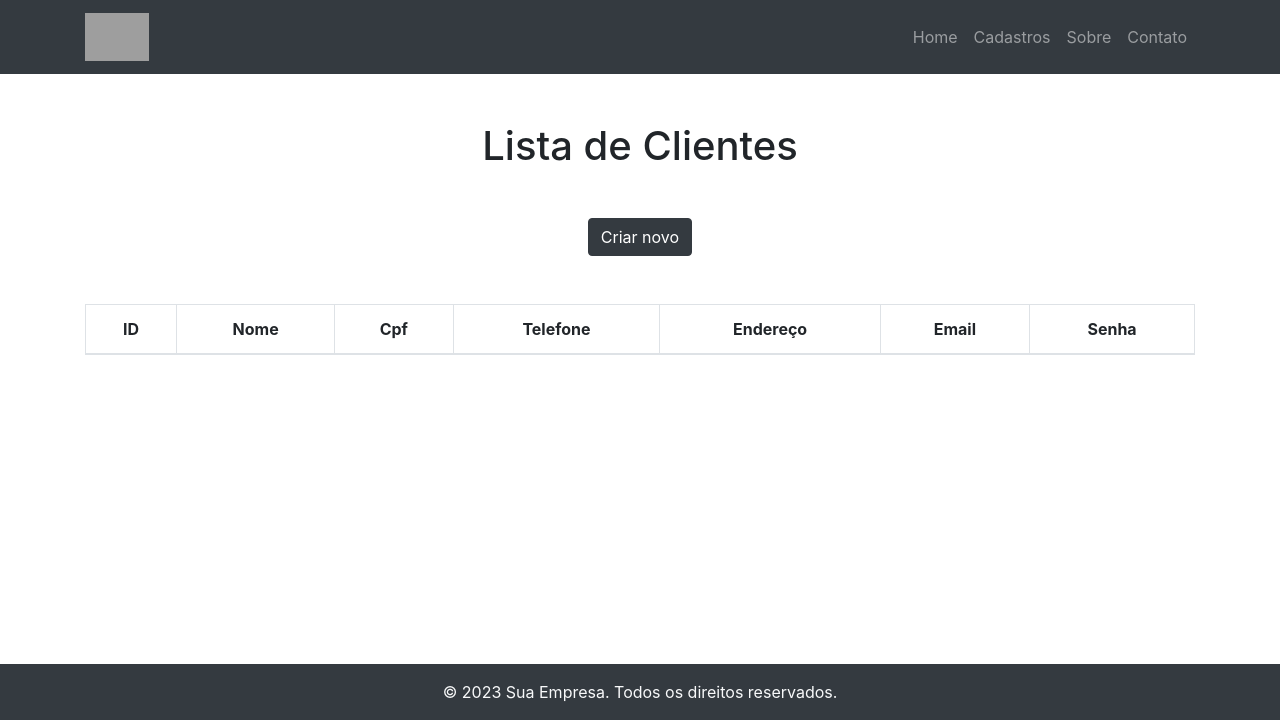
Repository: marcelledssantos/PotterTravel-MVC
Page: http://localhost/PotterTravel-MVC/ReadController
The author's editor kept a copy of each file at every save. The page is drawn from the files as they stood at one save, then again after the next save.
The browser window is 1280 px wide. The pictures show the whole page.
Pictures or frames that could not be fetched are drawn as grey boxes. Some web libraries are served in a nearby version. The page is served by Tomcat 9. Other server files are loaded and not shown. Queries for data that is not in the repository find no rows.

Above is the page before, as saved 2023-11-01 02:58:57.

### PotterTravel-MVC/src/main/webapp/clientes.jsp
<%@ page language="java" contentType="text/html; charset=UTF-8"
	pageEncoding="UTF-8"%>

	<%@ taglib prefix="jstl" uri="http://java.sun.com/jsp/jstl/core"%>

<!DOCTYPE html>
<html>
<head>
<meta charset="UTF-8">
<title>Read and Delete</title>
<!-- Inclua o link para o Bootstrap via CDN -->
<link rel="icon" type="image/x-icon" href="./icon/favicon.ico">
<link rel="stylesheet"
	href="https://maxcdn.bootstrapcdn.com/bootstrap/4.5.2/css/bootstrap.min.css">
</head>
<body class="text-center">
    <!-- Cabeçalho -->
    <header>
        <nav class="navbar navbar-expand-lg navbar-dark bg-dark text-light">
            <div class="container">
                <a class="navbar-brand" href="#"><img src="./icon/samurai.png" height="48px"/> </a>
                <button class="navbar-toggler" type="button" data-toggle="collapse" data-target="#navbarNav" aria-controls="navbarNav" aria-expanded="false" aria-label="Toggle navigation">
                    <span class="navbar-toggler-icon"></span>
                </button>
                <div class="collapse navbar-collapse" id="navbarNav">
                    <ul class="navbar-nav ml-auto">
                        <li class="nav-item">
                            <a class="nav-link" href="./index.html">Home</a>
                        </li>
                        <li class="nav-item">
                            <a class="nav-link" href="./ReadController">Cadastros</a>
                        </li>
                        <li class="nav-item">
                            <a class="nav-link" href="#sobre">Sobre</a>
                        </li>
                        <li class="nav-item">
                            <a class="nav-link" href="#contato">Contato</a>
                        </li>
                    </ul>
                </div>
            </div>
        </nav>
    </header>
	<h1 class="mt-5">Lista de Clientes</h1>
	<div class="container mt-5">
	<a href="./cadastro.jsp" class="btn btn-dark mb-5">Criar novo</a>
		<table class="table table-bordered">
			<thead>
				<tr>
					<th>ID</th>
					<th>Nome</th>
					<th>Cpf</th>
					<th>Telefone</th>
					<th>Endereço</th>
					<th>Email</th>
					<th>Senha</th>
				</tr>
			</thead>
			<tbody>
				<jstl:forEach items="${clientes}" var="cliente">
					<tr>
						<td>${cliente.id}</td>
						<td>${cliente.nome}</td>
						<td>${cliente.cpf}</td>
						<td>${cliente.telefone}</td>
						<td>${cliente.endereco}</td>
						<td>${cliente.email}</td>
						<td>${cliente.senha}</td>
						<td>
							<td>
							<a href="UpdateController?id=${cliente.id}" class="btn btn-success">Editar</a>
							<a href="DeleteController?id=${cliente.id}"
							onclick="return confirm('Deseja Excluir?')"
							class="btn btn-danger">Excluir</a>
						</td>
					</tr>
				</jstl:forEach>
			</tbody>
		</table>
	</div>
	 <!-- Rodapé -->
    <footer class="bg-dark text-light text-center py-3 fixed-bottom">
        &copy; 2023 Sua Empresa. Todos os direitos reservados.
    </footer>
	<!-- Inclua os scripts do Bootstrap via CDN -->
	<script src="https://code.jquery.com/jquery-3.5.1.slim.min.js"></script>
	<script
		src="https://cdn.jsdelivr.net/npm/@popperjs/core@2.5.3/dist/umd/popper.min.js"></script>
	<script
		src="https://maxcdn.bootstrapcdn.com/bootstrap/4.5.2/js/bootstrap.min.js"></script>

</body>
</html>

### PotterTravel-MVC/src/main/java/controller/ReadController.java
package controller;

import java.io.IOException;
import java.util.List;
import javax.servlet.RequestDispatcher;
import javax.servlet.ServletException;
import javax.servlet.annotation.WebServlet;
import javax.servlet.http.HttpServlet;
import javax.servlet.http.HttpServletRequest;
import javax.servlet.http.HttpServletResponse;

import dao.ClienteDAO;
import model.Cliente;

@WebServlet("/ReadController")
public class ReadController extends HttpServlet {
	private static final long serialVersionUID = 1L;

	protected void doGet(HttpServletRequest req, HttpServletResponse res)
			throws ServletException, IOException {
		try {
			ClienteDAO cDAO = new ClienteDAO();
			List<Cliente> clientes = cDAO.findClientes();
			req.setAttribute("clientes", clientes);

			RequestDispatcher rd = req.getRequestDispatcher("clientes.jsp");
			rd.forward(req, res);


		} catch (Exception e) {
			e.printStackTrace();
		}


	}

}

### PotterTravel-MVC/src/main/java/dao/ClienteDAO.java
package dao;

import java.sql.Connection;
import java.sql.PreparedStatement;
import java.sql.ResultSet;
import java.util.ArrayList;
import java.util.List;
import connectionDataBase.ConnectionDataBase;
import model.Cliente;
public class ClienteDAO {

	public void createCliente(Cliente cliente) {
		String sql = "INSERT INTO cliente(nome, cpf, telefone, endereco, email, senha)" + "VALUES(?,?,?,?,?,?)";

		Connection conn = null;
		PreparedStatement pstm = null;

		try {

			conn = ConnectionDataBase.createConnectionToMySQL();
			pstm = conn.prepareStatement(sql);

			pstm.setString(1, cliente.getNome());
			pstm.setString(2, cliente.getCpf());
			pstm.setString(3, cliente.getTelefone());
			pstm.setString(4, cliente.getEndereco());
			pstm.setString(5, cliente.getEmail());
			pstm.setString(6, cliente.getSenha());
			pstm.execute();

			System.out.println("Cliente criado com sucesso!");

		} catch (Exception e) {
			e.printStackTrace();
		}
	}

	public Cliente findCliente(int id) {
		Cliente cliente = null;
	  String sql = "SELECT * FROM Cliente WHERE id=?";

			Connection conn = null;
			PreparedStatement pstm = null;

			ResultSet rset = null;

			try {
				try {
					conn = ConnectionDataBase.createConnectionToMySQL();
					pstm = conn.prepareStatement(sql);
					rset = pstm.executeQuery();

				while (rset.next()) {
					cliente = new Cliente();
					cliente.setId(rset.getInt("id"));
					cliente.setNome(rset.getString("nome"));
					cliente.setCpf(rset.getString("cpf"));
					cliente.setTelefone(rset.getString("telefone"));
					cliente.setEndereco(rset.getString("endereco"));
					cliente.setEmail(rset.getString("email"));
					cliente.setSenha(rset.getString("senha"));
				}

			} catch (Exception e) {
				e.printStackTrace();
			} finally {
				try {
					if (rset != null) {
						rset.close();
					}
					if (pstm != null) {
						pstm.close();
					}
					if (conn != null) {
						conn.close();
					}
				} catch (Exception e) {
					e.printStackTrace();
				}
			}
			} finally {

			}
			return cliente;

		}
	public List<Cliente> findClientes() {
		String sql = "SELECT * FROM Cliente";
		List<Cliente> clientes = new ArrayList<Cliente>();

		Connection conn = null;
		PreparedStatement pstm = null;

		ResultSet rset = null;

		try {
			conn = ConnectionDataBase.createConnectionToMySQL();
			pstm = conn.prepareStatement(sql);
			rset = pstm.executeQuery();

			while (rset.next()) {
				Cliente cliente = new Cliente();

				cliente.setId(rset.getInt("id"));
				cliente.setNome(rset.getString("nome"));
				cliente.setCpf(rset.getString("cpf"));
				cliente.setTelefone(rset.getString("telefone"));
				cliente.setEndereco(rset.getString("endereco"));
				cliente.setEmail(rset.getString("email"));
				cliente.setSenha(rset.getString("senha"));
				clientes.add(cliente);
			}
		} catch (Exception e) {
			e.printStackTrace();

		} finally {
			try {
				if (rset != null) {
					rset.close();
				}
				if (pstm != null) {
					pstm.close();
				}
				if (conn != null) {
					conn.close();
				}
			} catch (Exception e) {
				e.printStackTrace();
			}
		}
		return clientes;
	}

	public Cliente getClienteById(int idCliente) {
		return null;
	}
	public void update(Cliente cliente) {

		String sql = "UPDATE cliente SET nome = ?, cpf = ?, telefone = ?, endereco = ?, email = ?, senha = ? "
				+ "WHERE id = ?";

		Connection conn = null;
		PreparedStatement pstm = null;

		try {

			conn = ConnectionDataBase.createConnectionToMySQL();
			pstm = conn.prepareStatement(sql);

			pstm.setString(1, cliente.getNome());
			pstm.setString(2, cliente.getCpf());
			pstm.setString(3, cliente.getTelefone());
			pstm.setString(4, cliente.getEndereco());
			pstm.setString(5, cliente.getEmail());
			pstm.setString(6, cliente.getSenha());
			pstm.setInt(7, cliente.getId());

			pstm.execute();
		} catch (Exception e) {
			e.printStackTrace();
		} finally {
			try {
				if (pstm != null) {
					pstm.close();
				}
				if (conn != null) {
					conn.close();
				}
			} catch (Exception e) {
				e.printStackTrace();

			}
		}
	}
	public void removeById(int id) {
		String sql = "DELETE FROM cliente WHERE id = ?";

		Connection conn = null;
		PreparedStatement pstm = null;

		try {
			conn = ConnectionDataBase.createConnectionToMySQL();
			pstm = conn.prepareStatement(sql);
			pstm.setInt(1, id);
			pstm.execute();

		} catch (Exception e) {
			e.printStackTrace();
		} finally {

			try {
				if (pstm != null) {
					pstm.close();
				}
			} catch (Exception e) {
				e.printStackTrace();
			}

		}
	}
}

### PotterTravel-MVC/src/main/java/connectionDataBase/ConnectionDataBase.java
package connectionDataBase;

import java.sql.Connection;
import java.sql.DriverManager;

public class ConnectionDataBase {

	private static final String USERNAME = "root";

	private static final String PASSWORD = "Dorgas100!";

	private static final String DATABASE_URL =
			"jdbc:mysql://localhost:3306/agencia_viagem";

	public static Connection createConnectionToMySQL() throws Exception{
		Class.forName("com.mysql.cj.jdbc.Driver");

		Connection connection =
	DriverManager.getConnection(DATABASE_URL,USERNAME,PASSWORD);
		return connection;
	}
	public static void main(String[] args) throws Exception{
		Connection con = createConnectionToMySQL();
		if(con !=null) {
			System.out.println("Conexão obtida com sucesso" + con);

		}
	}
}

After the next save:
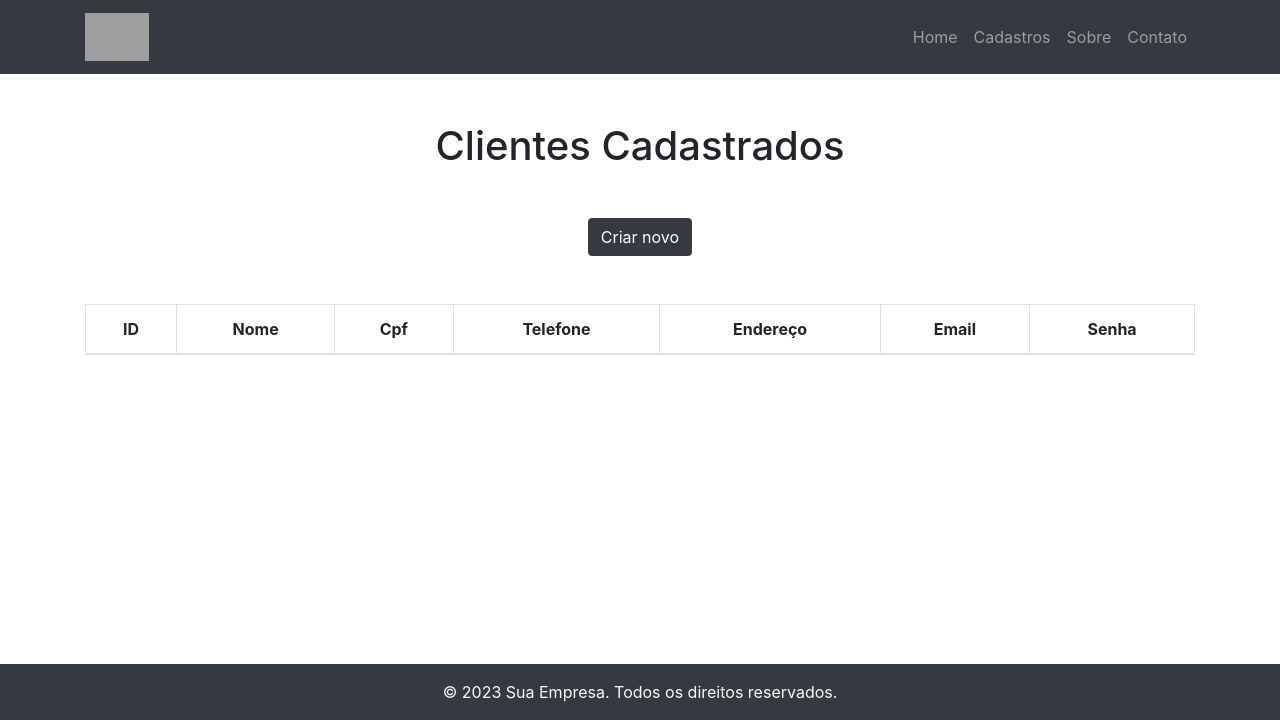
Saved 100 s later.
--- a/PotterTravel-MVC/src/main/webapp/clientes.jsp
+++ b/PotterTravel-MVC/src/main/webapp/clientes.jsp
@@ -41,7 +41,7 @@
             </div>
         </nav>
     </header>
-	<h1 class="mt-5">Lista de Clientes</h1>
+	<h1 class="mt-5">Clientes Cadastrados</h1>
 	<div class="container mt-5">
 	<a href="./cadastro.jsp" class="btn btn-dark mb-5">Criar novo</a>
 		<table class="table table-bordered">
@@ -68,7 +68,7 @@
 						<td>${cliente.senha}</td>
 						<td>
 							<td>
-							<a href="UpdateController?id=${cliente.id}" class="btn btn-success">Editar</a>
+							<a href="UpdateController?id=${cliente.id}" class="btn btn-dark">Editar</a>
 							<a href="DeleteController?id=${cliente.id}"
 							onclick="return confirm('Deseja Excluir?')"
 							class="btn btn-danger">Excluir</a>
